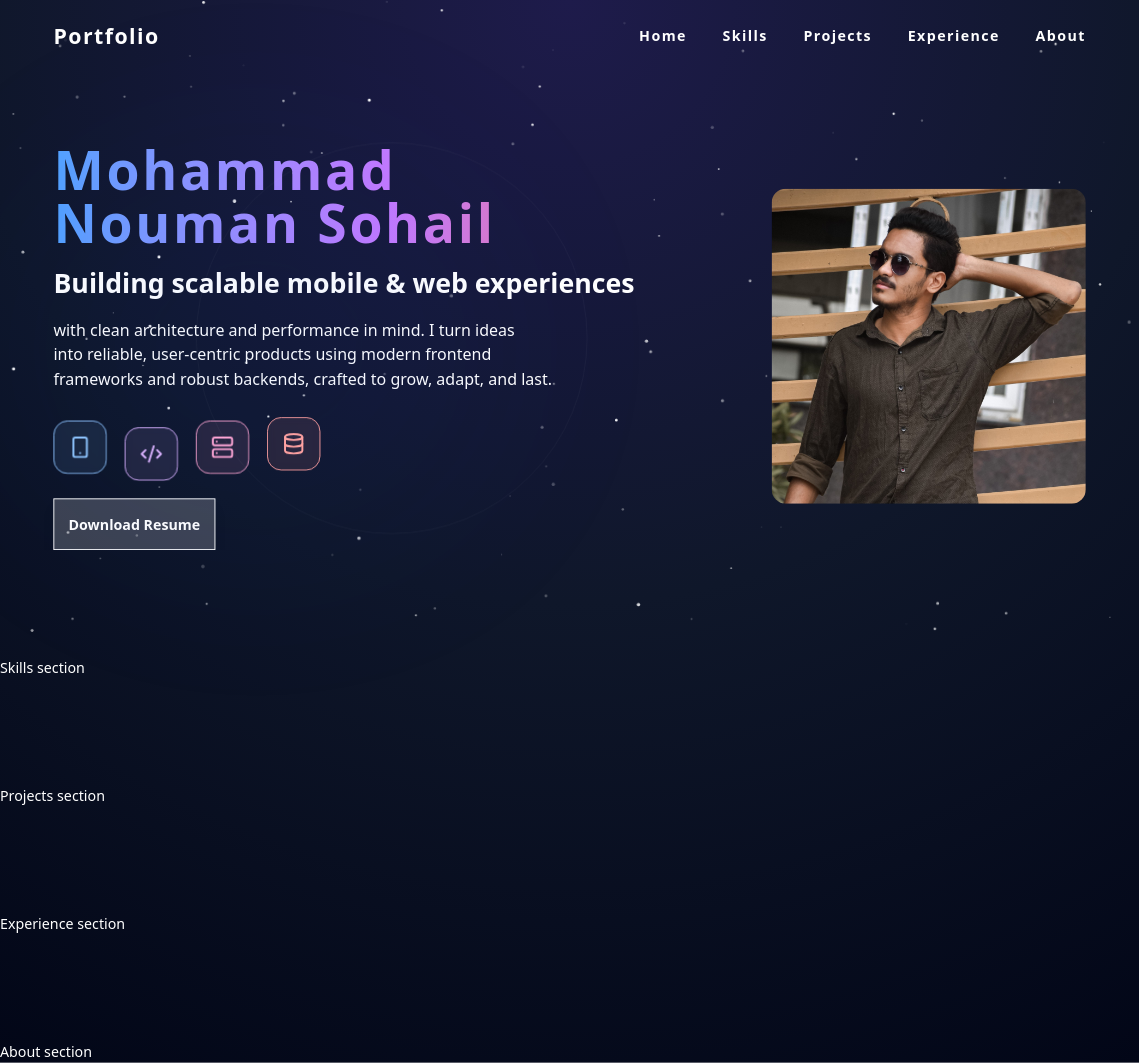
Repository: NoumanSohail/Nouman-Sohail-Portfolio
Page: /
An editor plug-in stored every save of this project. The page is shown before and after a run of saves, followed by the edit.
The browser window is 1280 px wide. The pictures show the whole page, at 89% of full size.
The project was rebuilt for these pictures with package versions that can differ from the ones it lists, and the page was loaded fresh each time. The framework's server and built-in components were replaced by stand-ins that run in the browser. Also part of the build but not shown: next.config.ts.

Above is the page before, as saved 2026-01-24 21:30:21.

### app/layout.tsx
import type { Metadata } from "next";
import { Geist, Geist_Mono } from "next/font/google";
import "./globals.css";
import Navbar from "./components/header/Navbar";
import StarBackground from "./components/ui/StarBackground";

const geistSans = Geist({
  variable: "--font-geist-sans",
  subsets: ["latin"],
});

const geistMono = Geist_Mono({
  variable: "--font-geist-mono",
  subsets: ["latin"],
});

export const metadata: Metadata = {
  title: "Create Next App",
  description: "Generated by create next app",
};

export default function RootLayout({
  children,
}: Readonly<{
  children: React.ReactNode;
}>) {
  return (
    <html lang="en">
      <body
        className={`${geistSans.variable} ${geistMono.variable} antialiased`}
      >
        <StarBackground />
        <Navbar />
        {children}
      </body>
    </html>
  );
}

### app/page.tsx
import React from 'react'
import Hero from './components/sections/Hero'
import Skills from './components/sections/Skills'
import Projects from './components/sections/Projects'
import Experience from './components/sections/Experience'
import About from './components/sections/About'

const page = () => {
  return (
    <div>
      <Hero />
      <Skills />
      <Projects />
      <Experience />
      <About />
    </div>
  )
}

export default page

### app/globals.css
@import "tailwindcss";

html {
  scroll-behavior: smooth;
}

body {
  overflow-x: hidden;
  position: relative;
  background: radial-gradient(circle at 50% 0%, #1e1b4b, #0f172a, #020617);
  min-height: 100vh;
}

### app/components/header/Navbar.tsx
"use client";

import { useEffect, useState } from "react";
import { navLinks } from "@/app/data";
import Link from "next/link";
import { Menu, X } from "lucide-react";

const Navbar = () => {
  const [isScrolled, setIsScrolled] = useState(false);
  const [menuOpen, setMenuOpen] = useState(false);

  useEffect(() => {
    const handleScroll = () => setIsScrolled(window.scrollY > 20);
    window.addEventListener("scroll", handleScroll);
    return () => window.removeEventListener("scroll", handleScroll);
  }, []);

  return (
    <header
      className={`fixed top-0 left-0 right-0 z-50 transition-all ${
        isScrolled
          ? "bg-transparent backdrop-blur-md border-b border-white/20 shadow-lg py-3"
          : "bg-transparent py-6"
      }`}
    >
      <div className="w-full mx-auto max-w-384 flex items-center justify-between px-5 md:px-10 lg:px-15 text-white tracking-widest">
        <h1 className="font-bold text-2xl">Portfolio</h1>

        {/* large displays like laptops */}
        <nav className="hidden lg:flex">
          {navLinks.map((links) => (
            <div key={links.name} className="flex ml-10 font-semibold">
              <Link href={links.id}>{links.name}</Link>
            </div>
          ))}
        </nav>

        {/* Mobile Hamburger */}
        <div className="lg:hidden flex items-center justify-center">
          <button
            onClick={() => setMenuOpen(!menuOpen)}
            className="text-zinc-400"
          >
            <Menu size={30} />
          </button>
        </div>

        {menuOpen && (
          <div className="fixed inset-0 h-screen flex justify-end bg-black/40 backdrop-blur-sm">
            <div className="relative h-full w-[60%] bg-[#0f172a] text-white flex items-center transition-transform duration-300 translate-x-0">
              <button
                onClick={() => setMenuOpen(false)}
                className={`absolute top right-5 md:right-10 text-white ${isScrolled ? "top-3" : "top-6"}`}
              >
                <X size={30} />
              </button>

              <nav className="flex flex-col p-10 gap-10 mt-20">
                {navLinks.map((links) => (
                  <Link
                    key={links.name}
                    href={links.id}
                    onClick={() => setMenuOpen(false)}
                    className="font-semibold"
                  >
                    {links.name}
                  </Link>
                ))}
              </nav>
            </div>
          </div>
        )}
      </div>
    </header>
  );
};

export default Navbar;

### app/components/ui/StarBackground.tsx
"use client";

import { useEffect, useRef } from "react";

const StarBackground = () => {
  const canvasRef = useRef<HTMLCanvasElement | null>(null);

  useEffect(() => {
    const canvas = canvasRef.current;
    if (!canvas) return;

    const ctx = canvas.getContext("2d");
    if (!ctx) return;

    let stars: any[] = [];
    const STAR_COUNT = 120;

    const resize = () => {
      canvas.width = window.innerWidth;
      canvas.height = window.innerHeight;
    };

    resize();
    window.addEventListener("resize", resize);

    // Create stars
    stars = Array.from({ length: STAR_COUNT }).map(() => ({
      x: Math.random() * canvas.width,
      y: Math.random() * canvas.height,
      radius: Math.random() * 1.5 + 0.5,
      speed: Math.random() * 0.3 + 0.1,
      opacity: Math.random(),
    }));

    const animate = () => {
      ctx.clearRect(0, 0, canvas.width, canvas.height);

      stars.forEach((star) => {
        star.y += star.speed;
        if (star.y > canvas.height) {
          star.y = 0;
          star.x = Math.random() * canvas.width;
        }

        ctx.beginPath();
        ctx.arc(star.x, star.y, star.radius, 0, Math.PI * 2);
        ctx.fillStyle = `rgba(255,255,255,${star.opacity})`;
        ctx.fill();
      });

      requestAnimationFrame(animate);
    };

    animate();

    return () => window.removeEventListener("resize", resize);
  }, []);

  return (
    <canvas
      ref={canvasRef}
      className="fixed inset-0 pointer-events-none -z-10"
    />
  );
};

export default StarBackground;

### app/components/sections/Hero.tsx
"use client";

import { personaldetails } from "@/app/data";
import Image from "next/image";
import me from "@/public/images/me.jpg";
import { Code2, Database, Server, Smartphone } from "lucide-react";
import { motion } from "framer-motion";
import Button from "../ui/Button";

const Hero = () => {
  return (
    <section
      id="home"
      className="scroll-mt-40 w-full mx-auto max-w-384 px-5 md:px-10 lg:px-15 text-white mt-30 xl:mt-40 overflow-hidden"
    >
      {/* Central Glowing Orb */}
      <div
        className="absolute hidden lg:block lg:left-55 xl:left-0 w-[45%] h-[45%] bg-blue-700/50 rounded-full
          blur-[120px] opacity-10 animate-pulse [animation-delay:2000ms] z-0
        "
      />

      {/* Orbiting Elements */}
      <div
        className="absolute hidden lg:block left-55 w-110 h-110 border border-white/5 rounded-full
          animate-spin [animation-duration:20s] z-10
        "
      />

      <div className="flex flex-col lg:flex-row items-center justify-center gap-7 lg:gap-20 text-center lg:text-start">
        <div className="flex flex-col gap-5">
          <motion.div
            initial={{ x: -100, opacity: 0 }}
            whileInView={{ x: 0, opacity: 1 }}
            viewport={{ once: false, amount: 0.3 }}
            transition={{ duration: 0.8, ease: "easeOut" }}
            className="flex flex-col gap-5"
          >
            <h1 className="font-black text-4xl lg:text-5xl xl:text-6xl tracking-wider text-balance text-transparent bg-clip-text bg-linear-to-r from-blue-400 via-purple-400 to-red-400">
              {personaldetails.name}
            </h1>
            <h2 className="font-semibold text-2xl lg:text-3xl">
              {personaldetails.tagline}
            </h2>
            <p className="lg:text-lg lg:text-balance">
              {personaldetails.statement}
            </p>
          </motion.div>

          <motion.div
            initial={{ scale: 0.8, opacity: 0 }}
            whileInView={{ scale: 1, opacity: 1 }}
            viewport={{ once: false, amount: 0.3 }}
            transition={{
              duration: 0.5,
              ease: "easeOut",
            }}
            className="flex flex-col gap-5 mt-5 items-center justify-center lg:items-start lg:justify-start"
          >
            <div className="flex gap-5">
              <Smartphone
                size={60}
                className="p-4 border rounded-2xl backdrop-blur-xs bg-blue-300/10 hover:scale-110
                        border-blue-300  hover:border-blue-300 text-blue-300 hover:text-blue-300
                        transition-all duration-300 animate-bounce [animation-delay:0ms]"
              />
              <Code2
                size={60}
                className="p-4 border rounded-2xl backdrop-blur-xs bg-purple-300/10 hover:scale-110
                        border-purple-300 hover:border-purple-300 text-purple-300 hover:text-purple-300
                        transition-all duration-300 animate-bounce [animation-delay:100ms]"
              />
              <Server
                size={60}
                className="p-4 border rounded-2xl backdrop-blur-xs bg-pink-300/10 hover:scale-110
                        border-pink-300 hover:border-pink-300 text-pink-300 hover:text-pink-300
                        transition-all duration-300 animate-bounce [animation-delay:200ms]"
              />
              <Database
                size={60}
                className="p-4 border rounded-2xl backdrop-blur-xs bg-red-300/10 hover:scale-110
                        border-red-300 hover:border-red-300 text-red-300 hover:text-red-300
                        transition-all duration-300 animate-bounce [animation-delay:300ms]"
              />
            </div>

            <Button title="Download Resume" onClick={() => {}} className="border border-white-300 bg-white/20 p-4 w-{50%}" />
          </motion.div>
        </div>

        <motion.div
          initial={{ x: 100, opacity: 0 }}
          whileInView={{ x: 0, opacity: 1 }}
          viewport={{ once: false, amount: 0.3 }}
          transition={{ duration: 0.8, ease: "easeOut" }}
        >
          <Image
            src={me}
            alt={personaldetails.name}
            height={350}
            width={350}
            className="rounded-2xl lg:h-3xl lg:w-3xl"
          />
        </motion.div>
      </div>
    </section>
  );
};

export default Hero;

### app/components/sections/Skills.tsx

const Skills = () => {
  return (
    <section id="skills" className="h-fit">
      <div className="text-white pt-30">Skills section</div>
    </section>
  );
};

export default Skills;

### app/components/sections/Projects.tsx

const Projects = () => {
  return (
    <section id="projects" className="h-fit">
      <div className="text-white pt-30">Projects section</div>
    </section>
  )
}

export default Projects

### app/components/sections/Experience.tsx

const Experience = () => {
  return (
    <section id="experience" className="h-fit">
      <div className="text-white pt-30">Experience section</div>
    </section>
  );
};

export default Experience;

### app/components/sections/About.tsx

const About = () => {
  return (
    <section id="about" className="h-fit">
      <div className="text-white pt-30">About section</div>
    </section>
  )
}

export default About

### app/data.tsx
export const navLinks = [
  { name: "Home", id: "/#home" },
  { name: "Skills", id: "/#skills" },
  { name: "Projects", id: "/#projects" },
  { name: "Experience", id: "/#experience" },
  { name: "About", id: "/#about" },
];

export const personaldetails = {
  name: "Mohammad Nouman Sohail",
  role: "Full Stack Mobile & Web Developer",
  tagline: "Building scalable mobile & web experiences",
  statement:
    "with clean architecture and performance in mind. I turn ideas into reliable, user-centric products using modern frontend frameworks and robust backends, crafted to grow, adapt, and last.",
};

### app/components/ui/Button.tsx
import { ReactNode } from "react";

interface ButtonProps {
  title: string;
  onClick: () => void;
  type?: "button" | "submit";
  disabled?: boolean;

  /* 🔹 Optional Icon */
  icon?: ReactNode;
  iconPosition?: "left" | "right";

  /* 🔹 External Styles */
  className?: string;
}

const Button = ({
  title,
  onClick,
  type = "button",
  disabled = false,
  icon,
  iconPosition = "left",
  className = "",
}: ButtonProps) => {
  return (
    <button
      type={type}
      onClick={!disabled ? onClick : undefined}
      disabled={disabled}
      className={`
        group
        font-bold shadow-lg
        transition-all transform
        flex items-center justify-center gap-2
        duration-300
        ${
          disabled
            ? "bg-(--color-gray) text-white cursor-not-allowed opacity-70 transition-all duration-300"
            : "bg-(--color-primary) text-white hover:bg-gray-300 hover:scale-105 cursor-pointer transition-all duration-300"
        }

        ${className}
      `}
    >
      {/* ICON LEFT */}
      {icon && iconPosition === "left" && (
        <span className="button-icon flex items-center">{icon}</span>
      )}

      <span>{title}</span>

      {/* ICON RIGHT */}
      {icon && iconPosition === "right" && (
        <span className="button-icon flex items-center">{icon}</span>
      )}
    </button>
  );
};

export default Button;

After the next 2 saves:
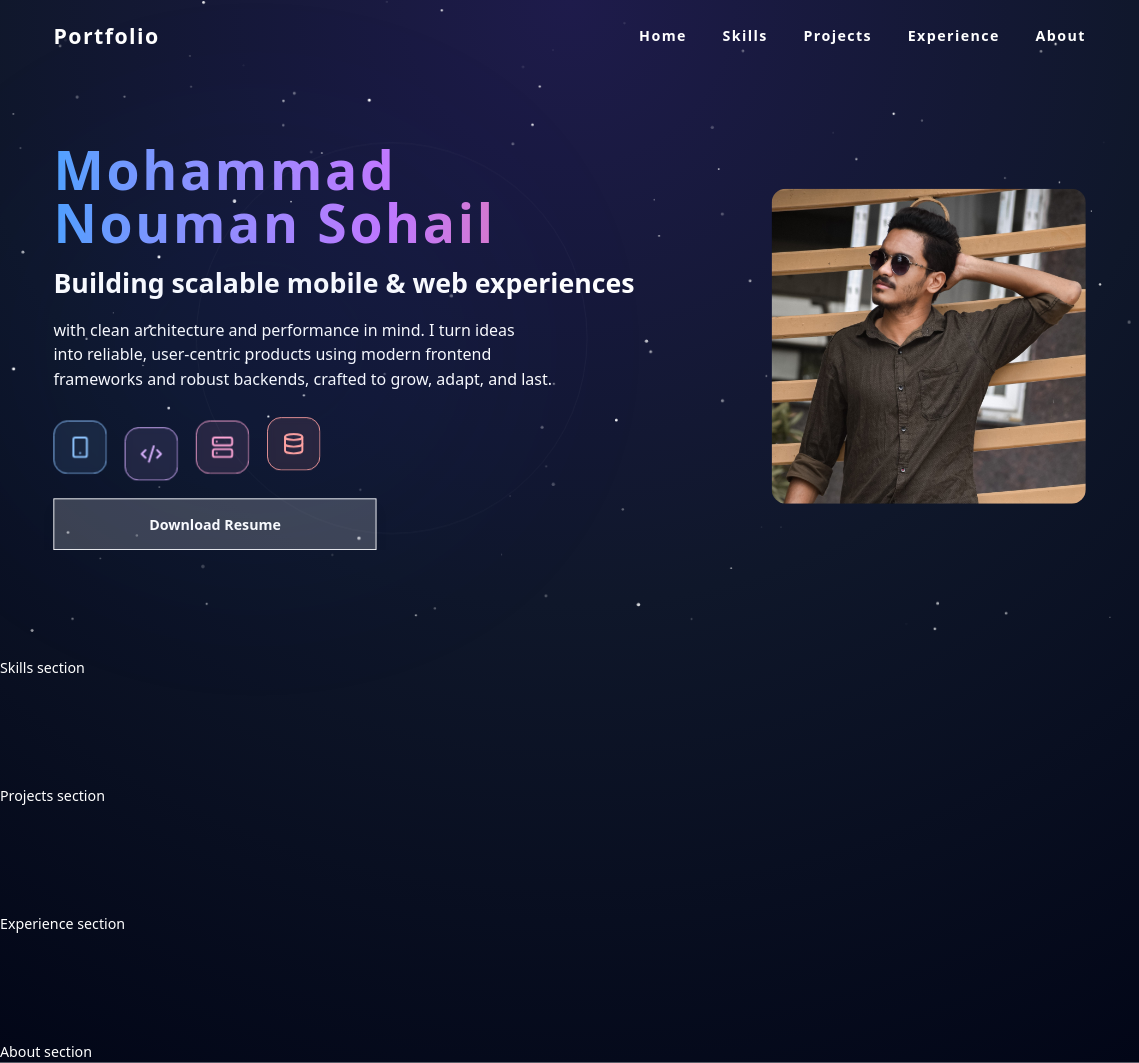
The 2 saves are shown as one change because 1 did not build or start.
The last was saved 31 s later.
--- a/app/components/sections/Hero.tsx
+++ b/app/components/sections/Hero.tsx
@@ -84,7 +84,7 @@ const Hero = () => {
               />
             </div>
 
-            <Button title="Download Resume" onClick={() => {}} className="border border-white-300 bg-white/20 p-4 w-{50%}" />
+            <Button title="Download Resume" onClick={() => {}} className="border border-white-300 bg-white/20 p-4 w-[50%]" />
           </motion.div>
         </div>
 
